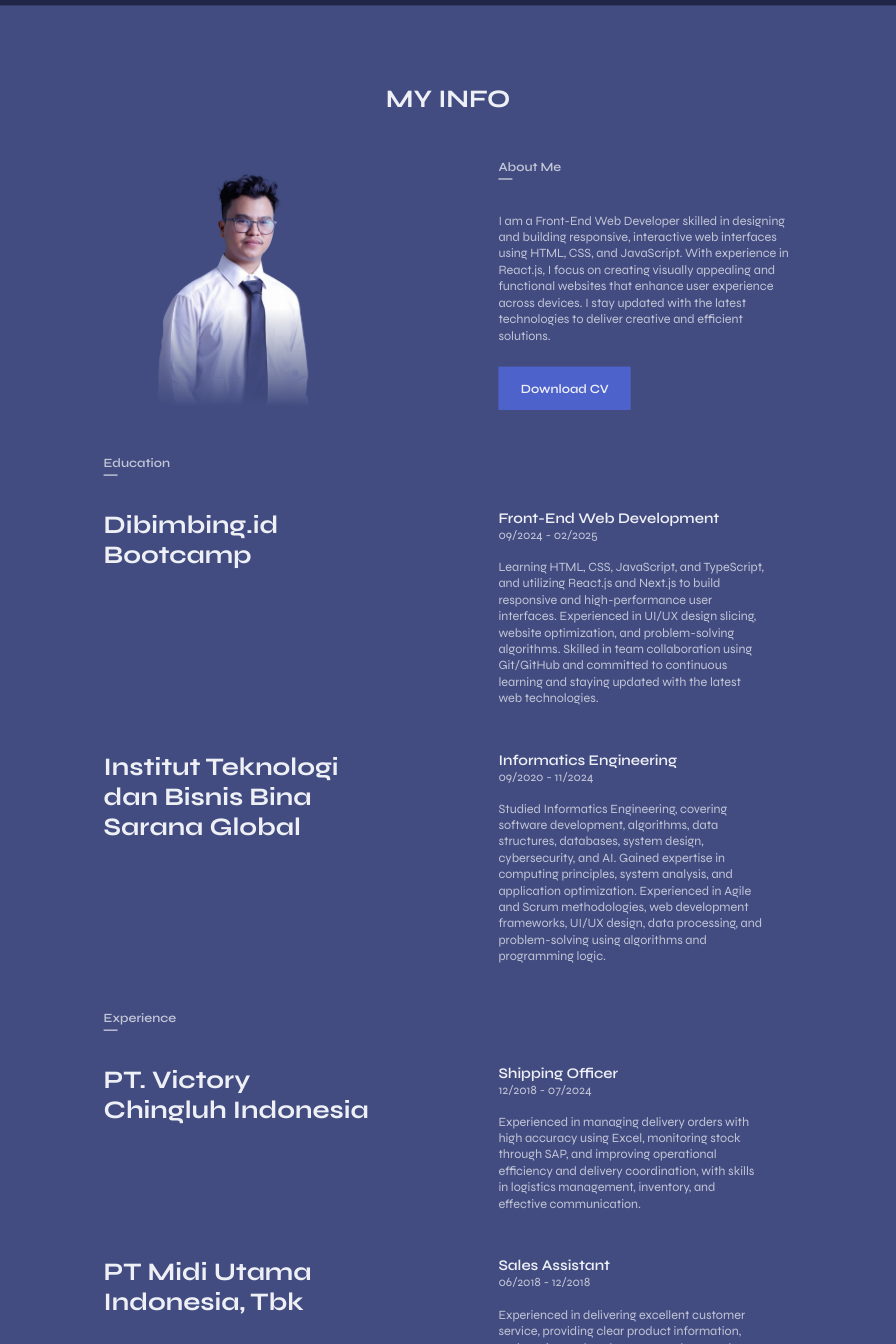
Repository: Ademaulana100499/amgrowth
Page: /
An editor plug-in stored every save of this project. The page is shown before and after the next save, followed by the edit.
The browser window is 1280 px wide. The pictures show the part of the page from y = 2714 to 4634 px (the page is 7129 px tall before and 7293 px after), at 70% of full size.
Some web fonts or font styles are not loaded; a fallback is used. The project was rebuilt for these pictures with package versions that can differ from the ones it lists, and the page was loaded fresh each time. Also part of the build but not shown: vite.config.js.

Above is the page before, as saved 2025-02-19 15:00:13.

### index.html
<!doctype html>
<html lang="en">
  <head>
    <meta charset="UTF-8" />
    <meta name="viewport" content="width=device-width, initial-scale=1.0" />
    <title>AMgrowth</title>
    <link rel="shortcut icon" href="/assets/img/Favicon.png" />
    <link
      href="https://cdn.jsdelivr.net/npm/remixicon/fonts/remixicon.css"
      rel="stylesheet"
    />

    <link
      rel="stylesheet"
      href="https://fonts.googleapis.com/css2?family=Kite+One&family=Oooh+Baby&family=Orelega+One&family=Poppins:ital,wght@0,100;0,200;0,300;0,400;0,500;0,600;0,700;0,800;0,900;1,100;1,200;1,300;1,400;1,500;1,600;1,700;1,800;1,900&family=Syne:wght@400..800&display=swap"
    />
  </head>
    <div id="root"></div>
    <script type="module" src="/src/main.jsx"></script>
    <script src="https://cdn.jsdelivr.net/npm/@emailjs/browser@4/dist/email.min.js"></script>
    <script src="https://unpkg.com/scrollreveal"></script>
  </body>
</html>

### src/App.jsx
import { Header } from "./components/Header";
import { Home } from "./components/Home";
import { Projects } from "./components/Projects";
import { Info } from "./components/Info";
import { Services } from "./components/Services";
import { Contact } from "./components/Contact";
import { Footer } from "./components/Footer";
import { Scroll } from "./components/Scroll";
import { Reveal } from "./components/Reveal";
function App() {
  const logo = {
    name: "AMgrowth",
    imageWhite: "/assets/img/Logo_White.png",
    imageBlack: "/assets/img/Logo_Black.png",
  };
  const navList = ["Home", "Projects", "My Info", "Services", "Contact Me"];
  const imageHome = "/assets/img/Photo.png";
  const imageInfo = "/assets/img/Photo2.png";
  const footerCopy = "© All rights reserved by Ade Maulana";
  const biodata = {
    firstName: "Ade",
    lastName: "Maulana",
    profession: "Front-End Developer",
    description:
      "I am a Front-End Web Developer skilled in designing and building responsive, interactive web interfaces using HTML, CSS, and JavaScript. With experience in React.js, I focus on creating visually appealing and functional websites that enhance user experience across devices. I stay updated with the latest technologies to deliver creative and efficient solutions.",
    cv: "/assets/pdf/CV Ade Maulana.pdf",
  };
  const projects = [
    {
      id: 1,
      title: "To-Do List Website",
      description:
        "This To-Do List web application features a simple interface and dynamic functionality to help users manage their daily tasks with ease.",
      image: "/assets/img/to-do-list-web.png",
    },
    {
      id: 2,
      title: "Cafe Website",
      description:
        "This Cafe website provides an interactive platform for users to explore the menu, place orders, and learn more about the cafe’s offerings and services.",
      image: "/assets/img/cafe web.jpg",
    },
    {
      id: 3,
      title: "Movie Website",
      description:
        "This Movie website allows users to browse and discover a variety of movies, view details, and explore ratings and reviews.",
      image: "/assets/img/movies web.png",
    },
    {
      id: 4,
      title: "Blog Website",
      description:
        "This Blog website offers a platform for users to read, share, and comment on various articles, fostering a community of discussion and knowledge sharing.",
      image: "/assets/img/blog web.jpg",
    },
    {
      id: 5,
      title: "Fitness Website",
      description:
        "This Fitness website provides users with workout plans, nutrition tips, and progress tracking to help them achieve their fitness goals.",
      image: "/assets/img/fittnes web.avif",
    },
  ];
  const experience = [
    {
      id: 1,
      company: "PT. Victory Chingluh Indonesia",
      profession: "Shipping Officer",
      date: "12/2018 - 07/2024",
      description:
        "Experienced in managing delivery orders with high accuracy using Excel, monitoring stock through SAP, and improving operational efficiency and delivery coordination, with skills in logistics management, inventory, and effective communication.",
    },
    {
      id: 2,
      company: "PT Midi Utama Indonesia, Tbk",
      profession: "Sales Assistant",
      date: "06/2018 - 12/2018",
      description:
        "Experienced in delivering excellent customer service, providing clear product information, and staying updated on new products and promotions to boost customer satisfaction and engagement. Skilled in promoting products and exceeding sales targets through proactive interactions and recommendations, with a focus on teamwork and adaptability.",
    },
    {
      id: 3,
      company: "CV Radjawali",
      profession: "Printing Operator",
      date: "07/2017 - 05/2018",
      description:
        "Experienced in accurately preparing print files, ensuring consistent print quality, and reducing the need for reprints. Skilled in maintaining printing machines to enhance operational efficiency, minimize downtime, and boost productivity.",
    },
  ];
  const education = [
    {
      id: 1,
      university: "Dibimbing.id Bootcamp",
      major: "Front-End Web Development",
      date: "09/2024 - 02/2025",
      description:
        "Learning HTML, CSS, JavaScript, and TypeScript, and utilizing React.js and Next.js to build responsive and high-performance user interfaces. Experienced in UI/UX design slicing, website optimization, and problem-solving algorithms. Skilled in team collaboration using Git/GitHub and committed to continuous learning and staying updated with the latest web technologies.",
    },
    {
      id: 2,
      university: "Institut Teknologi dan Bisnis Bina Sarana Global",
      major: "Informatics Engineering",
      date: "09/2020 - 11/2024",
      description:
        "Studied Informatics Engineering, covering software development, algorithms, data structures, databases, system design, cybersecurity, and AI. Gained expertise in computing principles, system analysis, and application optimization. Experienced in Agile and Scrum methodologies, web development frameworks, UI/UX design, data processing, and problem-solving using algorithms and programming logic.",
    },
  ];
  const skills = [
    {
      id: 1,
      skill: "HTML",
      image: "/assets/img/html.svg",
    },
    {
      id: 2,
      skill: "CSS",
      image: "/assets/img/css.svg",
    },
    {
      id: 3,
      skill: "JavaScript",
      image: "/assets/img/javascript.svg",
    },
    {
      id: 4,
      skill: "React",
      image: "/assets/img/react.svg",
    },
    {
      id: 5,
      skill: "Git",
      image: "/assets/img/git.svg",
    },
    {
      id: 6,
      skill: "GitHub",
      image: "/assets/img/github.svg",
    },
    {
      id: 7,
      skill: "Tailwind",
      image: "/assets/img/tailwind.png",
    },
    {
      id: 8,
      skill: "Bootstrap",
      image: "/assets/img/bootstrap.png",
    },
    {
      id: 9,
      skill: "Figma",
      image: "/assets/img/figma.svg",
    },
  ];

  const services = [
    {
      id: 1,
      title: "Web Development",
      icon: "ri-code-s-slash-line",
      description:
        "Building functional, secure, and user-friendly websites with features tailored to user needs.",
    },
    {
      id: 2,
      title: "Web Design",
      icon: "ri-pencil-ruler-2-line",
      description:
        "Designing visually appealing and professional website layouts that reflect the brand identity and provide an engaging visual experience.",
    },
    {
      id: 3,
      title: "Responsive Web Design",
      icon: "ri-layout-2-line",
      description:
        "Creating responsive websites compatible across various devices, ensuring an optimal user experience on desktops, tablets, and smartphones.",
    },
  ];
  const socialMedia = [
    {
      id: 1,
      name: "github",
      icon: "ri-github-line",
      link: "https://github.com/Ademaulana100499",
    },
    {
      id: 2,
      name: "linkedin",
      icon: "ri-linkedin-box-line",
      link: "https://www.linkedin.com/in/ademaulana-/",
    },
    {
      id: 3,
      name: "instagram",
      icon: "ri-instagram-line",
      link: "https://www.instagram.com/ade_maulana._/",
    },
  ];

  return (
    <div>
      <Header logo={logo} navList={navList} />
      <main>
        <Home imageHome={imageHome} biodata={biodata} />
        <Projects projects={projects} />
        <Info
          imageInfo={imageInfo}
          biodata={biodata}
          experience={experience}
          skills={skills}
          education={education}
        />
        <Services services={services} />
        <Contact socialMedia={socialMedia} />
        <Footer navList={navList} footerCopy={footerCopy} />
      </main>
      <Scroll />
      <Reveal />
    </div>
  );
}

export default App;

### src/components/Home/index.jsx
import "./style.css";
export const Home = (props) => {
  const { imageHome, biodata } = props;
  return (
    <section className="home section" id="home">
      <div className="container grid home__container">
        <img
          id="image_home"
          src={imageHome}
          alt="image"
          className="home__img"
        />
        <div className="home__data">
          <h1 className="home__name">
            {biodata.firstName} <br /> {biodata.lastName}
          </h1>
          <h3 className="home__profession">{biodata.profession}</h3>
        </div>
        <a href="#projects" className="home__scroll">
          <div className="home__scroll-box">
            <i className="ri-arrow-down-line"></i>
          </div>
          <span className="home__scroll-text">Recent Project</span>
        </a>
      </div>
    </section>
  );
};

### src/components/Projects/index.jsx
import "./style.css";
export const Projects = (props) => {
  const { projects } = props;
  return (
    <section className="projects section" id="projects">
      <h2 className="section__title">RECENT PROJECT</h2>
      <div className="grid container projects__container">
        {projects.map((item) => (
          <article className="project__card" key={item.id}>
            <a
              href={item.link}
              target="_blank"
              className="project__overlay"
            ></a>
            <a href={item.link} target="_blank" className="project__link">
              <h2 className="project__title">{item.title}</h2>
              <p className="project__description">{item.description}</p>
              <img src={item.image} alt="image" className="project__img" />
              <i className="ri-arrow-right-line"> </i>
            </a>
          </article>
        ))}
      </div>
    </section>
  );
};

### src/components/Services/index.jsx
import "./style.css";
export const Services = (props) => {
  const { services } = props;
  return (
    <section className="services section" id="services">
      <h2 className="section__title">SERVICES</h2>
      <div className="container grid services__container">
        {services.map((item) => (
          <article className="services__card" key={item.id}>
            <i className={`services__icon ${item.icon}`}></i>
            <h3 className="services__title">{item.title}</h3>
            <p className="services__description">{item.description}</p>
          </article>
        ))}
      </div>
    </section>
  );
};

### src/components/Footer/index.jsx
import "./style.css";
export const Footer = (props) => {
  const { navList, footerCopy } = props;
  return (
    <footer className="footer" id="footer">
      <div className="container grid footer__container">
        <ul className="footer__links">
          <li>
            <a href="#home" className="footer__link">
              {navList[0]}
            </a>
          </li>
          <li>
            <a href="#projects" className="footer__link">
              {navList[1]}
            </a>
          </li>
          <li>
            <a href="#my info" className="footer__link">
              {navList[2]}
            </a>
          </li>
        </ul>
        <span className="footer__copy">{footerCopy}</span>
      </div>
    </footer>
  );
};

### src/components/Scroll/index.jsx
import React, { useEffect } from "react";
import "./style.css";

export const Scroll = () => {
  useEffect(() => {
    const scrollUp = () => {
      const scrollUp = document.getElementById("scroll-up");
      if (window.scrollY >= 350) {
        scrollUp.classList.add("show-scroll");
      } else {
        scrollUp.classList.remove("show-scroll");
      }
    };
    window.addEventListener("scroll", scrollUp);
    return () => {
      window.removeEventListener("scroll", scrollUp);
    };
  }, []);

  return (
    <a href="#" className="scrollup" id="scroll-up">
      <i className="ri-arrow-up-line"></i>
    </a>
  );
};

### src/components/Reveal/index.jsx
import React, { useEffect } from "react";

export const Reveal = () => {
  useEffect(() => {
    const sr = ScrollReveal({
      origin: "top",
      distance: "60px",
      duration: 2500,
      delay: 400,
    });

    sr.reveal(".home__data, .experience, .skills, .contact__container");
    sr.reveal(".home__img", { delay: 500 });
    sr.reveal(".home__scroll", { delay: 700 });
    sr.reveal(".project__card, .services__card", { interval: 100 });
    sr.reveal(".about__content", { origin: "right" });
    sr.reveal(".about__img", { origin: "left" });

    return () => {
      sr.destroy();
    };
  }, []);
  return <div></div>;
};

### src/components/Theme/index.jsx
import React, { useState, useEffect } from "react";
import "./style.css";

const Theme = ({ logo, setLogoSrc }) => {
  const [isLightMode, setIsLightMode] = useState(false);

  useEffect(() => {
    const savedTheme = localStorage.getItem("lightmode");
    if (savedTheme === "active") {
      setIsLightMode(true);
    } else {
      setIsLightMode(false);
    }
  }, []);

  useEffect(() => {
    if (isLightMode) {
      document.body.classList.add("lightmode");
      localStorage.setItem("lightmode", "active");
      setLogoSrc(logo.imageBlack);
    } else {
      document.body.classList.remove("lightmode");
      localStorage.setItem("lightmode", null);
      setLogoSrc(logo.imageWhite);
    }
  }, [isLightMode, logo.imageBlack, logo.imageWhite, setLogoSrc]);

  const toggleTheme = () => {
    setIsLightMode((prevMode) => !prevMode);
  };

  return (
    <button
      id="theme-switch"
      className="theme-switch"
      onClick={toggleTheme}
      style={{ cursor: "pointer" }}
    >
      {isLightMode ? (
        <i className="ri-moon-line"></i>
      ) : (
        <i className="ri-sun-line"></i>
      )}
    </button>
  );
};

export default Theme;

### src/components/Projects/style.css
/* Projects */
.projects {
  background-color: var(--container-color);
}
.project__card {
  background-color: var(--first-color);
}
.project__img {
  width: 100%;
}
.project__link {
  display: block;
  position: relative;
  background-color: var(--body-color);
  padding: 2rem 1.5rem 1.5rem 1.5rem;
  color: var(--text-color);
  transition: transform 0.4s;
}
.project__title {
  font-size: var(--h3-font-size);
  margin-bottom: 0.75rem;
}

.project__description {
  margin-bottom: 1.5rem;
}
.project__link i {
  position: absolute;
  top: 1.8rem;
  right: 1.5rem;
  font-size: 1.5rem;
  color: var(--first-color-light);
  transition: transform 0.4s;
}
.project__link:hover {
  transform: translateY(-0.35rem);
}

.project__link:hover i {
  transform: translateX(0.5rem);
}

/* BREAKPOINTS */

/* For medium devices */
@media screen and (min-width: 540px) {
  .projects__container {
    grid-template-columns: 350px;
    justify-content: center;
  }
}

@media screen and (min-width: 768px) {
  .projects__container {
    grid-template-columns: repeat(2, 390px);
  }
}

/* for large devices */
@media screen and (min-width: 1150px) {
  .section__title {
    margin-bottom: 4rem;
  }
  .projects__container {
    grid-template-columns: repeat(2, 540px);
    gap: 2.5rem;
  }
  .project__link {
    padding: 3rem 3rem 2rem;
  }
  .project__title {
    font-size: var(--h2-font-size);
    margin-bottom: 1rem;
  }
  .project__link i {
    font-size: 2rem;
  }
}

### src/components/Services/style.css
/* SERVICES */
.services {
  background-color: var(--container-color);
}
.services__container {
  row-gap: 2rem;
}

.services__icon {
  display: block;
  color: var(--first-color-light);
  font-size: 2rem;
  margin-bottom: 1dvb;
}

.services__title {
  font-size: var(--h3-font-size);
  margin-bottom: 0.75rem;
}

/* BREAKPOINTS */

/* For small devices */
@media screen and (max-width: 300px) {
  .container {
    margin-inline: 1rem;
  }
}

/* For medium devices */
@media screen and (min-width: 540px) {
  .services__container {
    grid-template-columns: 350px;
    justify-content: center;
  }
}

@media screen and (min-width: 768px) {
  .services__container {
    grid-template-columns: repeat(2, 320px);
  }
}

/* for large devices */
@media screen and (min-width: 1150px) {
  .container {
    margin-inline: auto;
  }
  .section {
    padding-block: 7rem 5rem;
  }
  .section__title {
    margin-bottom: 4rem;
  }

  .services__container {
    grid-template-columns: repeat(2, 350px);
    gap: 6rem 13rem;
  }
  .services__icon {
    font-size: 2.5rem;
    margin-bottom: 1.5rem;
  }
}

### src/components/Contact/style.css
/* CONTACT */
.contact__container {
  row-gap: 4rem;
}

.contact__group,
.contact__form {
  gap: 1rem;
}

.contact__form {
  position: relative;
}

.contact__input {
  padding: 1.25rem;
  background-color: var(--container-color);
  color: var(--title-color);
  font-weight: var(--font-semi-bold);
}
.contact__input::placeholder {
  color: var(--text-color-light);
}
.contact__area {
  height: 10rem;
  resize: none;
}
.contact__button {
  margin-top: 1rem;
  cursor: pointer;
}
.contact__social {
  grid-template-columns: repeat(2, max-content);
  justify-content: center;
  column-gap: 3rem;
}

.contact__social-link {
  color: var(--title-color);
  display: inline-flex;
  column-gap: 0.25rem;
  align-items: center;
  transition: color 0.4s;
}
.contact__social-link i {
  font-size: 1.5rem;
}
.contact__social-link span {
  font-size: var(--small-font-size);
  font-weight: var(--font-semi-bold);
}
.contact__social-link:hover {
  color: var(--first-color-light);
}

.contact__message {
  position: absolute;
  left: 0;
  bottom: -2rem;
  font-size: var(--small-font-size);
  font-weight: var(--font-semi-bold);
  color: var(--title-color);
}

/* BREAKPOINTS */

/* For small devices */
@media screen and (max-width: 300px) {
  .container {
    margin-inline: 1rem;
  }
}

/* For medium devices */
@media screen and (min-width: 540px) {
  .contact__container {
    grid-template-columns: 350px;
    justify-content: center;
  }
  .contact__social {
    grid-template-columns: repeat(3, max-content);
    column-gap: 5rem;
  }
}

/* for large devices */
@media screen and (min-width: 1150px) {
  .container {
    margin-inline: auto;
  }
  .section {
    padding-block: 7rem 5rem;
  }
  .section__title {
    margin-bottom: 4rem;
  }

  .contact__container {
    grid-template-columns: 580px;
  }
  .contact__group {
    grid-template-columns: repeat(2, 1fr);
  }
  .contact__area {
    height: 15rem;
  }
  .contact__button {
    width: max-content;
    justify-self: center;
    margin-top: 1.5rem;
  }
  .contact__message {
    bottom: 4.5rem;
  }
  .contact__social {
    grid-template-columns: repeat(3, max-content);
    column-gap: 5rem;
  }
}

### src/components/Footer/style.css
/* FOOTER */
.footer {
  background-color: var(--container-color);
}

.footer__container {
  row-gap: 3rem;
  padding-block: 3rem 2rem;
}

.footer__links {
  display: flex;
  justify-content: center;
  column-gap: 2.5rem;
}
.footer__link {
  font-weight: var(--font-semi-bold);
  color: var(--title-color);
  transition: color 0.4s;
}
.footer__link:hover {
  color: var(--first-color-light);
}
.footer__copy {
  font-size: var(--small-font-size);
  color: var(--title-color);
  text-align: center;
}

/* BREAKPOINTS */

/* For small devices */
@media screen and (max-width: 300px) {
  .container {
    margin-inline: 1rem;
  }
}

/* for large devices */
@media screen and (min-width: 1150px) {
  .container {
    margin-inline: auto;
  }
  .section {
    padding-block: 7rem 5rem;
  }

  .footer__container {
    padding-block: 3rem;
    grid-template-columns: repeat(2, max-content);
    justify-content: space-between;
  }
  .footer__links {
    column-gap: 4rem;
    order: 1;
  }
  .scrollup {
    right: 3rem;
  }
}

### src/components/Scroll/style.css
/* SCROLL BAR */
::-webkit-scrollbar {
  width: 0.6rem;
  background-color: hsl(var(--hue), 20%, 20%);
}
::-webkit-scrollbar-thumb {
  background-color: hsl(var(--hue), 20%, 30%);
}
::-webkit-scrollbar-thumb:hover {
  background-color: hsl(var(--hue), 20%, 40%);
}

/* SCROLL UP */
.scrollup {
  position: fixed;
  right: 1rem;
  bottom: -50%;
  background-color: var(--container-color);
  padding: 6px;
  color: var(--title-color);
  display: inline-flex;
  font-size: 1.25rem;
  box-shadow: 0 4px 12px hsla(var(--hue), 30%, 8%, 0.3);
  z-index: var(--z-tooltip);
  transition: bottom 0.4s, transform 0.4s;
}
.scrollup:hover {
  transform: translateY(-0.5rem);
}

/* SHOW SCROLL */
.show-scroll {
  bottom: 3rem;
}

/* BREAKPOINTS */

@media screen and (min-width: 1150px) {
  .scrollup {
    right: 3rem;
  }
}

### src/components/Theme/style.css
#theme-switch {
  height: 30px;
  width: 30px;
  border-radius: 50%;
  background-color: var(--first-color-light);
  display: flex;
  justify-content: center;
  align-items: center;
}
#theme-switch:hover {
  cursor: pointer;
}
#theme-switch i {
  fill: var(--body-color);
  color: var(--text-color);
}

Loaded but not shown: src/main.jsx (common file); src/components/Header/style.css (313 lines, source omitted); src/components/Info/style.css (186 lines, source omitted); src/index.css (154 lines, source omitted); src/components/Info/index.jsx (71 lines, source omitted); src/components/Header/index.jsx (90 lines, source omitted); src/components/Home/style.css (132 lines, source omitted); src/components/Contact/index.jsx (82 lines, source omitted)

After the next save:
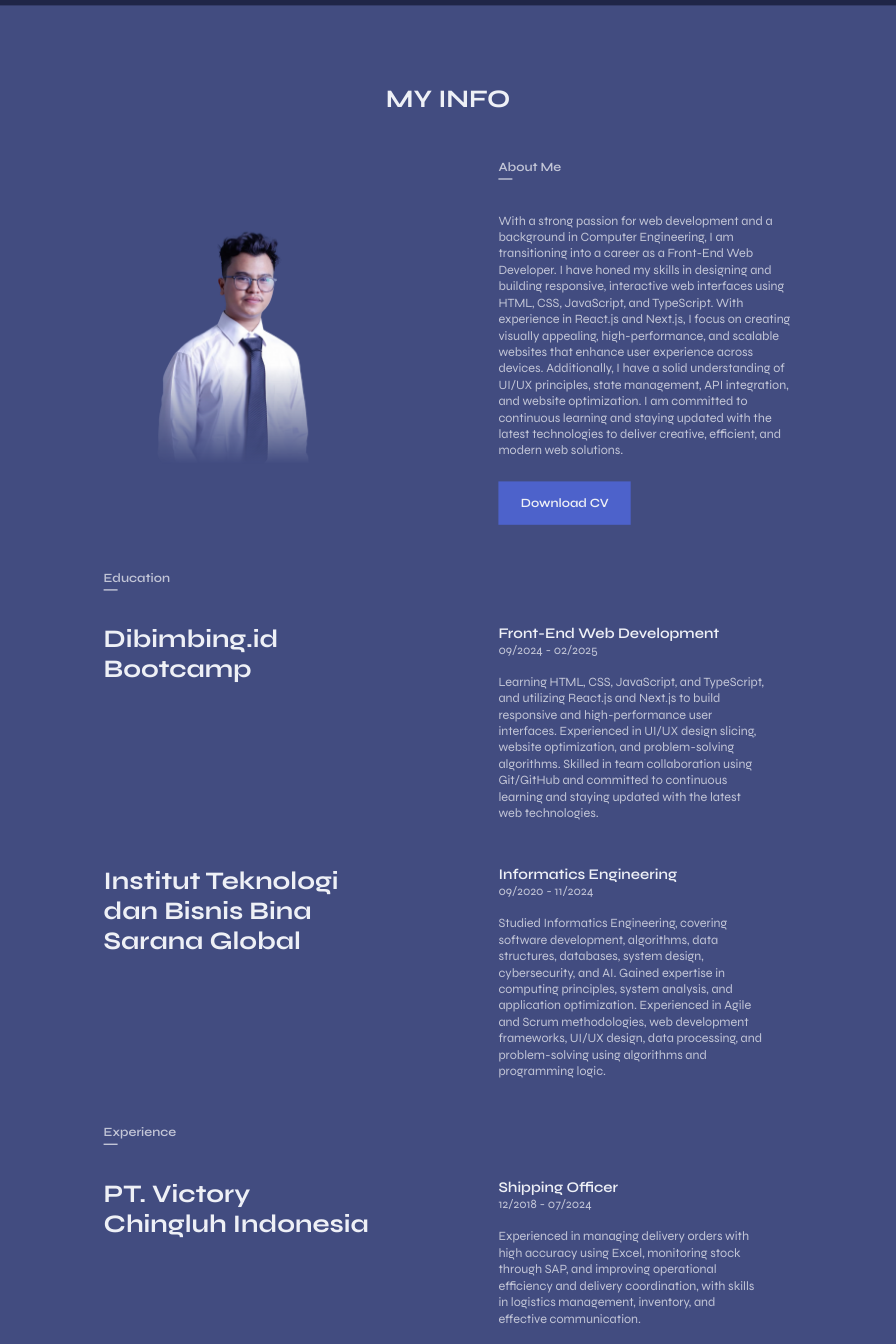
Saved 3 min 7 s later.
--- a/src/App.jsx
+++ b/src/App.jsx
@@ -22,7 +22,7 @@
     lastName: "Maulana",
     profession: "Front-End Developer",
     description:
-      "I am a Front-End Web Developer skilled in designing and building responsive, interactive web interfaces using HTML, CSS, and JavaScript. With experience in React.js, I focus on creating visually appealing and functional websites that enhance user experience across devices. I stay updated with the latest technologies to deliver creative and efficient solutions.",
+      "With a strong passion for web development and a background in Computer Engineering, I am transitioning into a career as a Front-End Web Developer. I have honed my skills in designing and building responsive, interactive web interfaces using HTML, CSS, JavaScript, and TypeScript. With experience in React.js and Next.js, I focus on creating visually appealing, high-performance, and scalable websites that enhance user experience across devices. Additionally, I have a solid understanding of UI/UX principles, state management, API integration, and website optimization. I am committed to continuous learning and staying updated with the latest technologies to deliver creative, efficient, and modern web solutions.",
     cv: "/assets/pdf/CV Ade Maulana.pdf",
   };
   const projects = [
